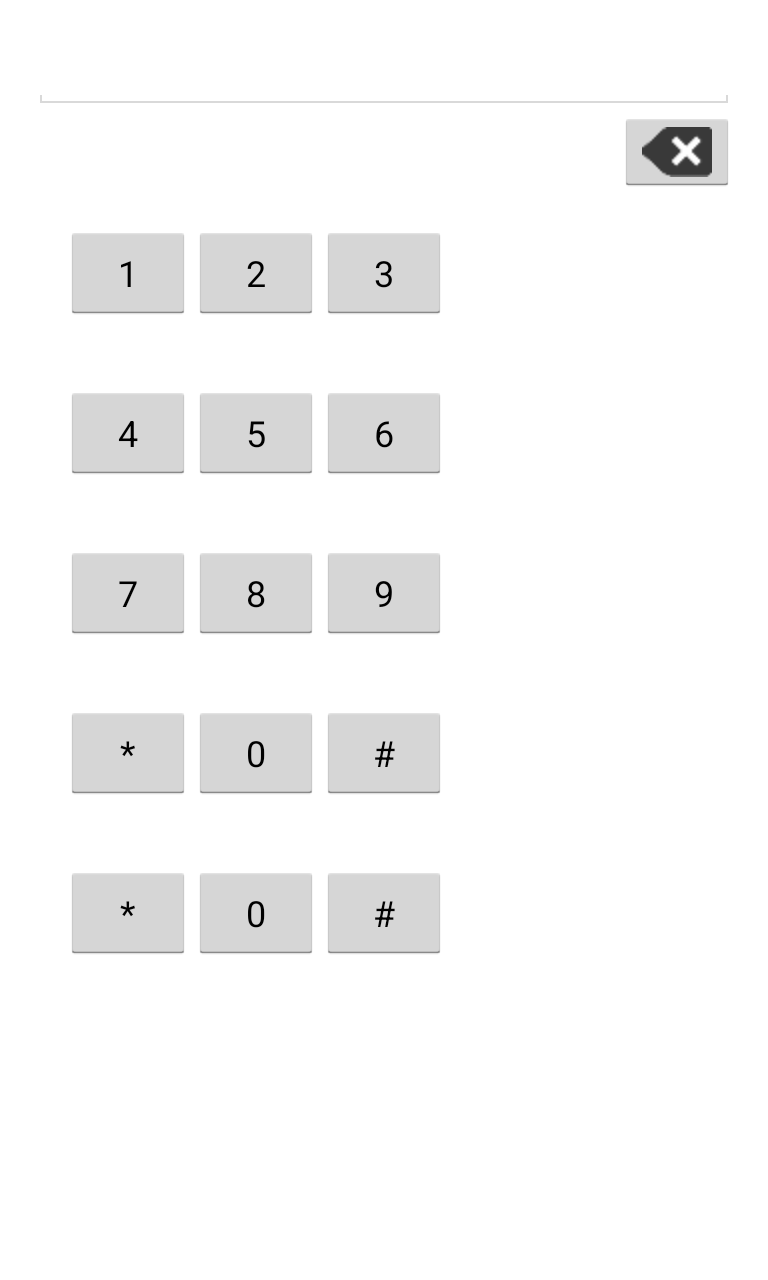
Repository: andreeastoican/Laborator03
Layout: PhoneDialer/res/layout/activity_phone_dialer.xml
The author's editor kept a copy of each file at every save. The layout is drawn from the files as they stood at one save, then again after the next save.
It is drawn on a 768 x 1280 px phone screen (xhdpi) without system bars, with theme AppTheme; the app's code is not run.

Above is the layout before, as saved 2015-03-10 09:36:30.

### PhoneDialer/res/layout/activity_phone_dialer.xml
<RelativeLayout xmlns:android="http://schemas.android.com/apk/res/android"
    xmlns:tools="http://schemas.android.com/tools"
    android:layout_width="match_parent"
    android:layout_height="match_parent"
    android:paddingBottom="@dimen/activity_vertical_margin"
    android:paddingLeft="@dimen/activity_horizontal_margin"
    android:paddingRight="@dimen/activity_horizontal_margin"
    android:paddingTop="@dimen/activity_vertical_margin"
    tools:context="ro.pub.cs.systems.pdsd.lab03.phonedialer.PhoneDialerActivity" >

    <EditText
        android:id="@+id/id_edit_text"
		android:layout_width="fill_parent"
	    android:layout_height="wrap_content"
	    android:ems="10"
	    android:inputType="text"
	    android:enabled="false"
        />

    <ImageButton
        android:id="@+id/id_img_button"
        android:layout_width="wrap_content"
        android:layout_height="wrap_content"
        android:src="@drawable/backspace"
        android:layout_below="@id/id_edit_text"
        android:layout_alignParentRight="true"
    	/>

	<LinearLayout
	      android:id="@+id/layout1"
		  android:layout_below="@id/id_img_button"
		  android:layout_width="wrap_content"
		  android:layout_height="wrap_content"
		  android:paddingBottom="@dimen/activity_vertical_margin"
		  android:paddingLeft="@dimen/activity_horizontal_margin"
		  android:paddingRight="@dimen/activity_horizontal_margin"
		  android:paddingTop="@dimen/activity_vertical_margin"
		  android:orientation="horizontal">

			<Button
			    android:id="@+id/id1"
			    android:layout_width="wrap_content"
		        android:layout_height="wrap_content"
		        android:text="1"
			    />
			<Button
			    android:id="@+id/id2"
			    android:layout_width="wrap_content"
		        android:layout_height="wrap_content"
		        android:text="2"
			    />
			<Button
			    android:id="@+id/id3"
			    android:layout_width="wrap_content"
		        android:layout_height="wrap_content"
		        android:text="3"
			    />

	</LinearLayout>

	<LinearLayout
	  android:layout_below="@id/layout1"
	  android:id="@+id/layout2"
	  android:layout_width="wrap_content"
	  android:layout_height="wrap_content"
	  android:paddingBottom="@dimen/activity_vertical_margin"
	  android:paddingLeft="@dimen/activity_horizontal_margin"
	  android:paddingRight="@dimen/activity_horizontal_margin"
	  android:paddingTop="@dimen/activity_vertical_margin"
	  android:orientation="horizontal">

		<Button
		    android:id="@+id/id4"
		    android:layout_width="wrap_content"
	        android:layout_height="wrap_content"
	        android:text="4"
		    />
		<Button
		    android:id="@+id/id5"
		    android:layout_width="wrap_content"
	        android:layout_height="wrap_content"
	        android:text="5"
		    />
		<Button
		    android:id="@+id/id6"
		    android:layout_width="wrap_content"
	        android:layout_height="wrap_content"
	        android:text="6"
		    />

	</LinearLayout>


	<LinearLayout
	  android:layout_below="@id/layout2"
	  android:id="@+id/layout3"
	  android:layout_width="wrap_content"
	  android:layout_height="wrap_content"
	  android:paddingBottom="@dimen/activity_vertical_margin"
	  android:paddingLeft="@dimen/activity_horizontal_margin"
	  android:paddingRight="@dimen/activity_horizontal_margin"
	  android:paddingTop="@dimen/activity_vertical_margin"
	  android:orientation="horizontal">

		<Button
		    android:id="@+id/id7"
		    android:layout_width="wrap_content"
	        android:layout_height="wrap_content"
	        android:text="7"
		    />
		<Button
		    android:id="@+id/id8"
		    android:layout_width="wrap_content"
	        android:layout_height="wrap_content"
	        android:text="8"
		    />
		<Button
		    android:id="@+id/id9"
		    android:layout_width="wrap_content"
	        android:layout_height="wrap_content"
	        android:text="9"
		    />

	</LinearLayout>

	<LinearLayout
	  android:layout_below="@id/layout3"
	  android:id="@+id/layout4"
	  android:layout_width="wrap_content"
	  android:layout_height="wrap_content"
	  android:paddingBottom="@dimen/activity_vertical_margin"
	  android:paddingLeft="@dimen/activity_horizontal_margin"
	  android:paddingRight="@dimen/activity_horizontal_margin"
	  android:paddingTop="@dimen/activity_vertical_margin"
	  android:orientation="horizontal">

		<Button
		    android:id="@+id/id10"
		    android:layout_width="wrap_content"
	        android:layout_height="wrap_content"
	        android:text="*"
		    />
		<Button
		    android:id="@+id/id0"
		    android:layout_width="wrap_content"
	        android:layout_height="wrap_content"
	        android:text="0"
		    />
		<Button
		    android:id="@+id/id11"
		    android:layout_width="wrap_content"
	        android:layout_height="wrap_content"
	        android:text="#"
		    />
	</LinearLayout>

	<LinearLayout
	  android:layout_below="@id/layout4"
	  android:layout_width="wrap_content"
	  android:layout_height="wrap_content"
	  android:paddingBottom="@dimen/activity_vertical_margin"
	  android:paddingLeft="@dimen/activity_horizontal_margin"
	  android:paddingRight="@dimen/activity_horizontal_margin"
	  android:paddingTop="@dimen/activity_vertical_margin"
	  android:orientation="horizontal">

		<Button
		    android:id="@+id/id10"
		    android:layout_width="wrap_content"
	        android:layout_height="wrap_content"
	        android:text="*"
		    />
		<Button
		    android:id="@+id/id0"
		    android:layout_width="wrap_content"
	        android:layout_height="wrap_content"
	        android:text="0"
		    />
		<Button
		    android:id="@+id/id11"
		    android:layout_width="wrap_content"
	        android:layout_height="wrap_content"
	        android:text="#"
		    />
	</LinearLayout>"

</RelativeLayout>

Loaded but not shown: PhoneDialer/res/values/styles.xml (common file); PhoneDialer/res/values-v11/styles.xml (common file); PhoneDialer/res/values-v14/styles.xml (common file); PhoneDialer/res/values/dimens.xml (common file); PhoneDialer/res/values-w820dp/dimens.xml (common file)

After the next save:
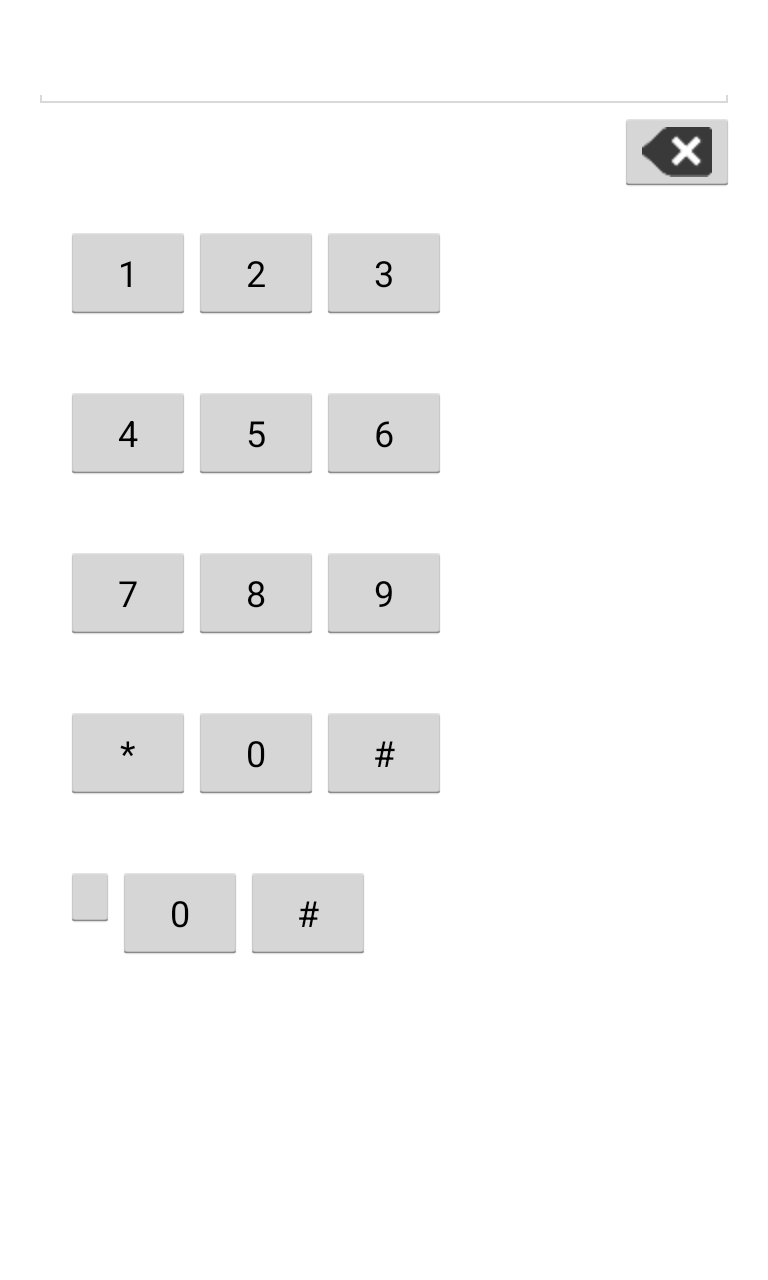
Saved 28 s later.
--- a/PhoneDialer/res/layout/activity_phone_dialer.xml
+++ b/PhoneDialer/res/layout/activity_phone_dialer.xml
@@ -164,8 +164,8 @@
 	  android:paddingTop="@dimen/activity_vertical_margin"
 	  android:orientation="horizontal">
 
-		<Button
-		    android:id="@+id/id10"
+		<ImageButton
+		    android:id="@+id/img_on"
 		    android:layout_width="wrap_content"
 	        android:layout_height="wrap_content"
 	        android:text="*"
